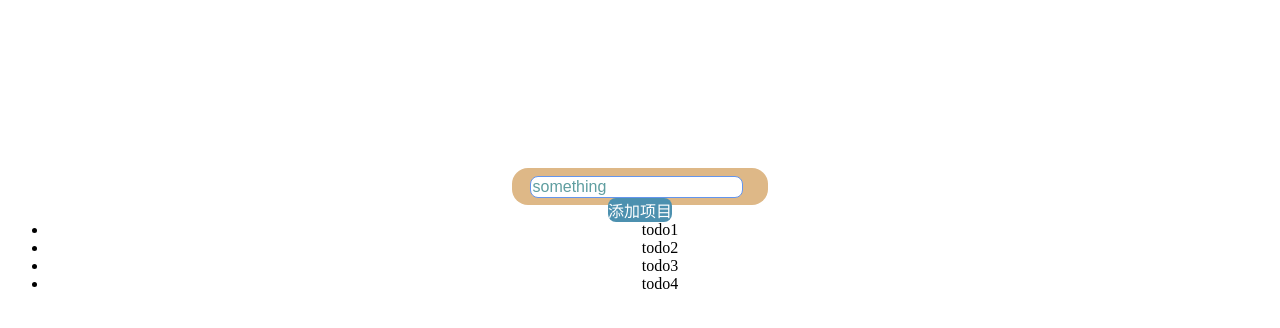
Repository: ArtemisWang/todolistProject
Page: /
These files come from the project's save history. The page is drawn as it stood at one moment and after the next save; the edit follows.
The browser window is 1280 px wide. The pictures show the whole page.
The project was rebuilt for these pictures with package versions that can differ from the ones it lists, and the page was loaded fresh each time.

Above is the page before, as saved 2020-02-28 21:51:24.

After the next save:
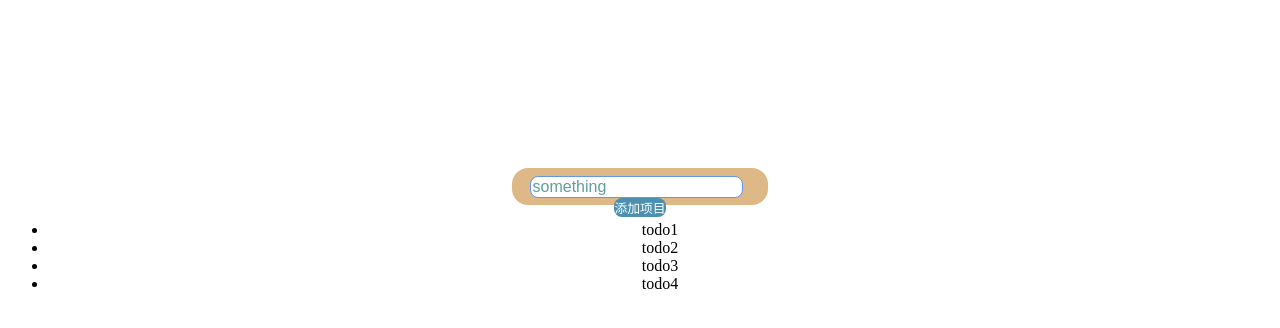
Saved 16 s later.
--- a/src/App.css
+++ b/src/App.css
@@ -33,7 +33,6 @@
     text-align: center;
     text-decoration: none;
     display: inline-block;
-    font-size: 1rem;
+    font-size: .8rem;
     border-radius: .5rem;
-    width: larger;
 }
